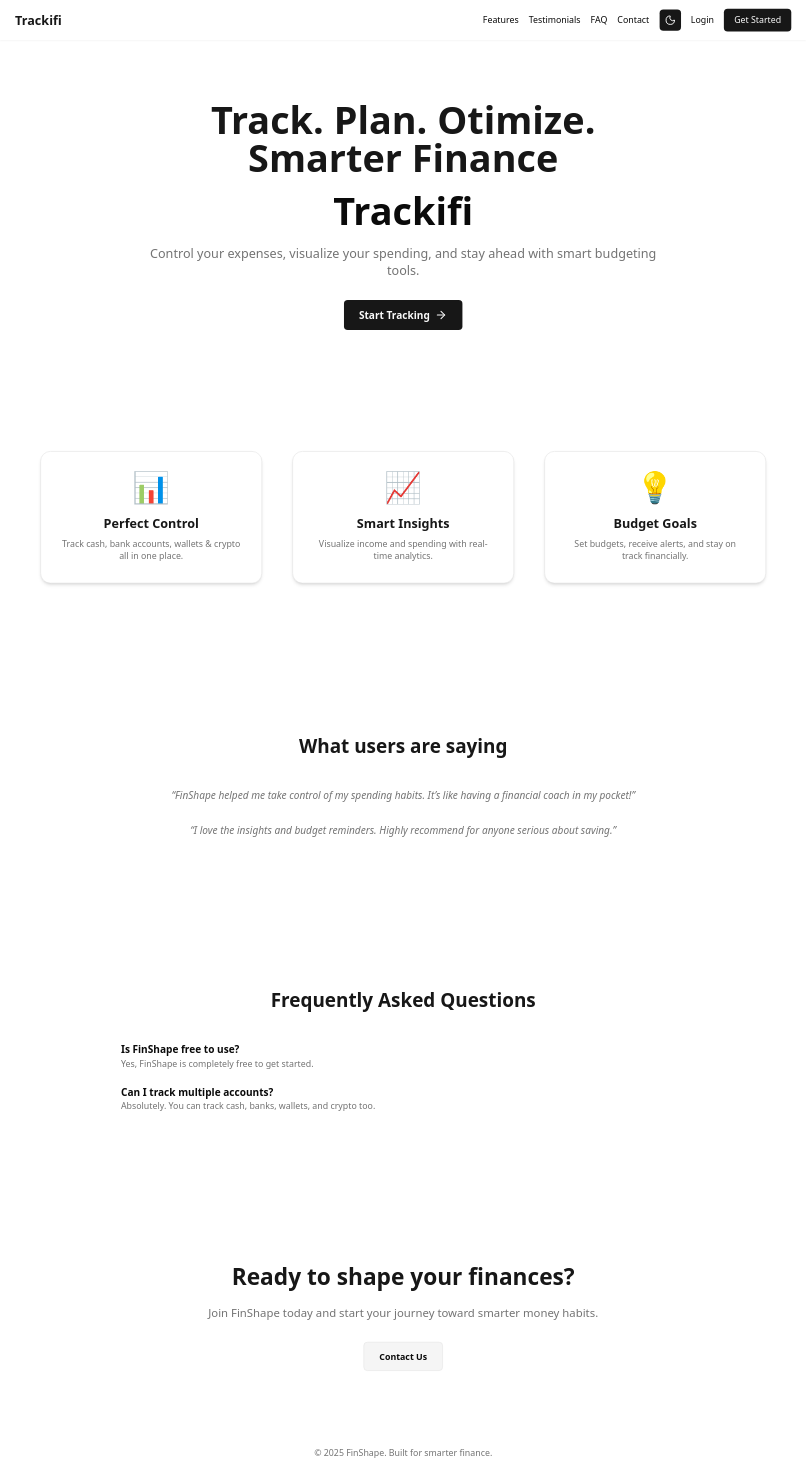
Repository: ruthvik-mt/Trackifi
Page: /categories (app in frontend/)
The author's editor kept a copy of each file at every save. The page is drawn from the files as they stood at one save, then again after a run of saves.
The browser window is 1280 px wide. The pictures show the whole page, at 63% of full size.
The project was rebuilt for these pictures with package versions that can differ from the ones it lists, and the page was loaded fresh each time. Also part of the build but not shown: frontend/vite.config.ts, frontend/src/components/FormInput.tsx, frontend/src/pages/Auth/Login.tsx, frontend/src/pages/Auth/Register.tsx, frontend/src/components/Sidebar.tsx, frontend/src/components/ThemeToggleButton.tsx, frontend/src/components/Navbar.tsx, frontend/src/pages/Dashboard/Layout.tsx and 20 more.

Above is the page before, as saved 2025-07-15 23:14:04.

After the next 3 saves:
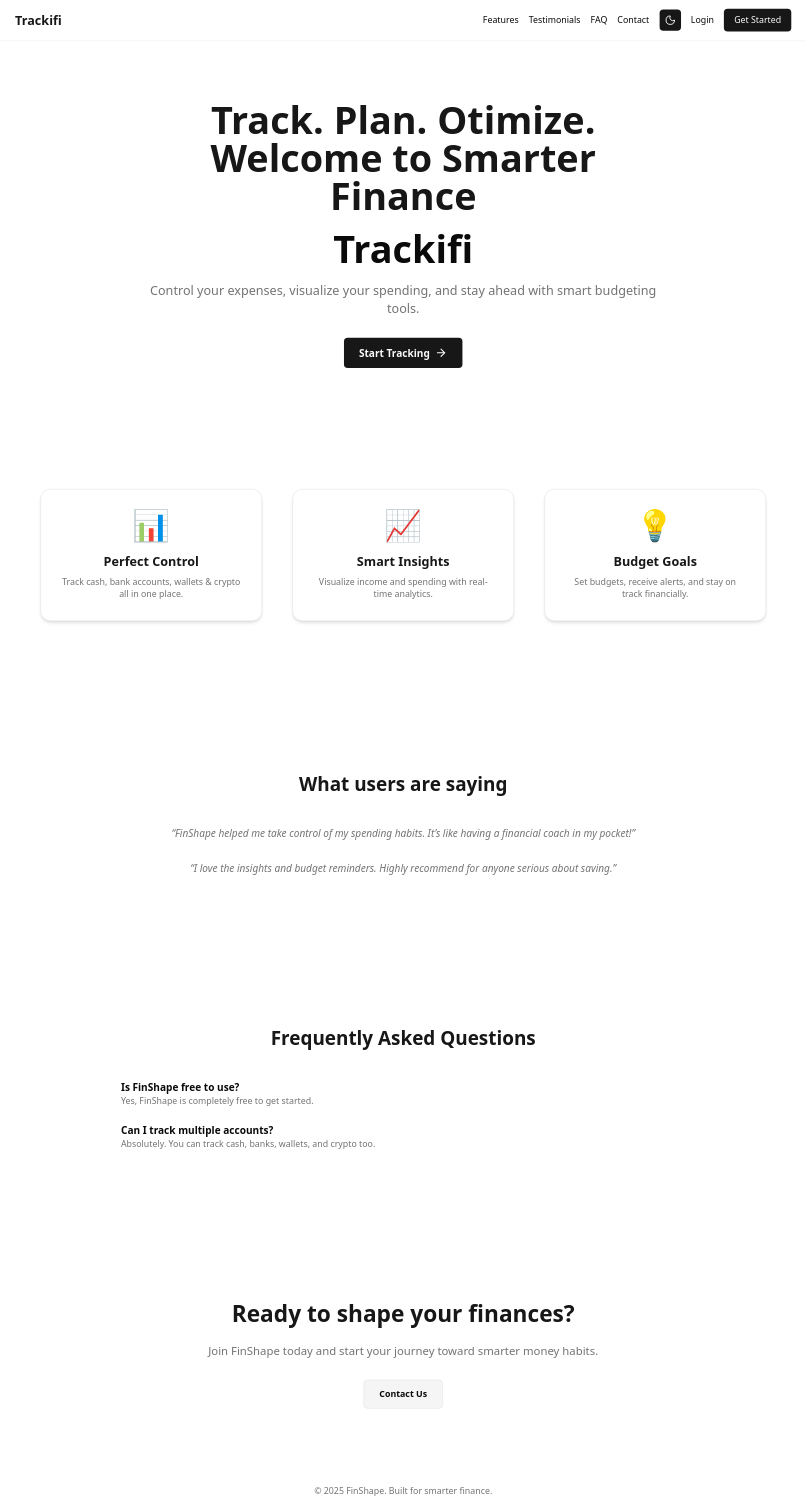
The 3 saves are shown as one change because they came seconds apart.
The last was saved 8 s later.
--- a/frontend/src/pages/LandingPage.tsx
+++ b/frontend/src/pages/LandingPage.tsx
@@ -62,7 +62,7 @@ export default function LandingPage() {
         transition={{ duration: 0.6 }}
       >
         <h1 className="text-5xl md:text-6xl font-extrabold leading-tight mb-6 text-primary">
-  Track. Plan. Otimize.  Smarter Finance
+  Track. Plan. Otimize. Welcome to Smarter Finance
 </h1>
 
 <h2 className="text-5xl md:text-6xl font-extrabold text-center leading-tight mb-6 xt-primary">
